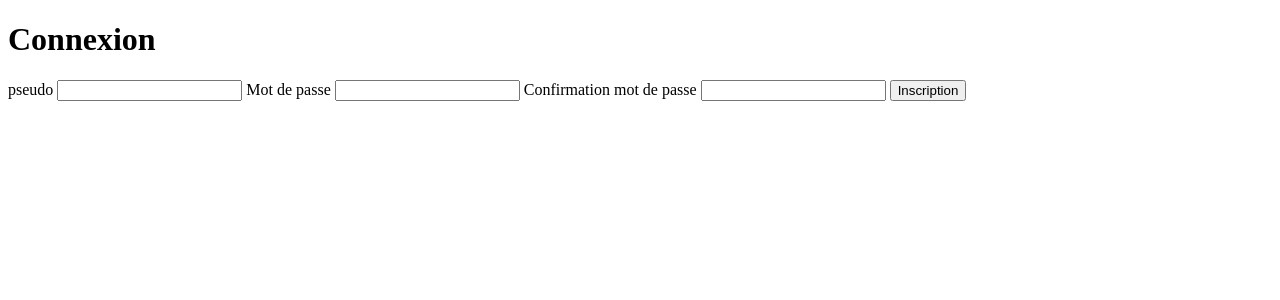
Repository: Yannis699/WW2_forum_project
Page: http://localhost/User/user_connexion.php
These files come from the project's save history. The page is drawn as it stood at one moment and after the next save; the edit follows.
The browser window is 1280 px wide. The pictures show the whole page.
The page is run by PHP 8.4 with error messages shown; the project is at /var/www/html/. db.php is not in the repository; a stand-in opens the database connection.

Above is the page before, as saved 2022-05-19 02:30:30.

After the next save:
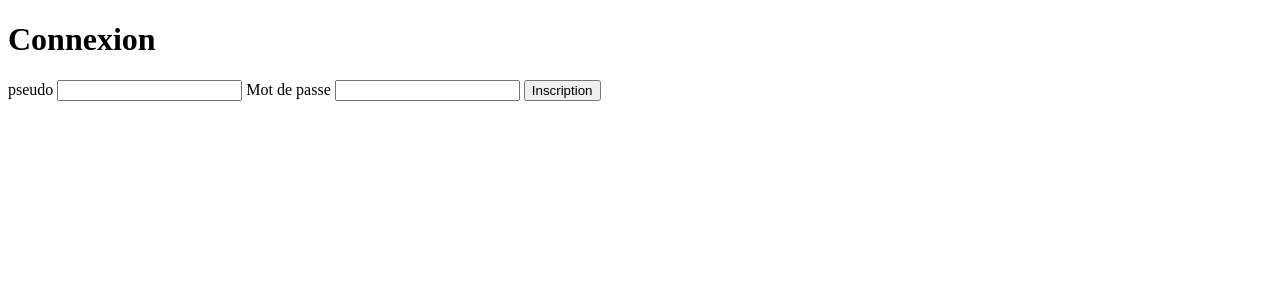
Saved 9 s later.
--- a/User/user_connexion.php
+++ b/User/user_connexion.php
@@ -109,9 +109,6 @@ require_once('../db.php');
         <label for=""> Mot de passe </label>
         <input type="password" name="password" id="" value= "">
 
-        <label for=""> Confirmation mot de passe </label>
-        <input type="password" name="confpassword" id="confpassword">
-
         <button type="submit" name="inscription">Inscription</button>
     </form>
 </body>
